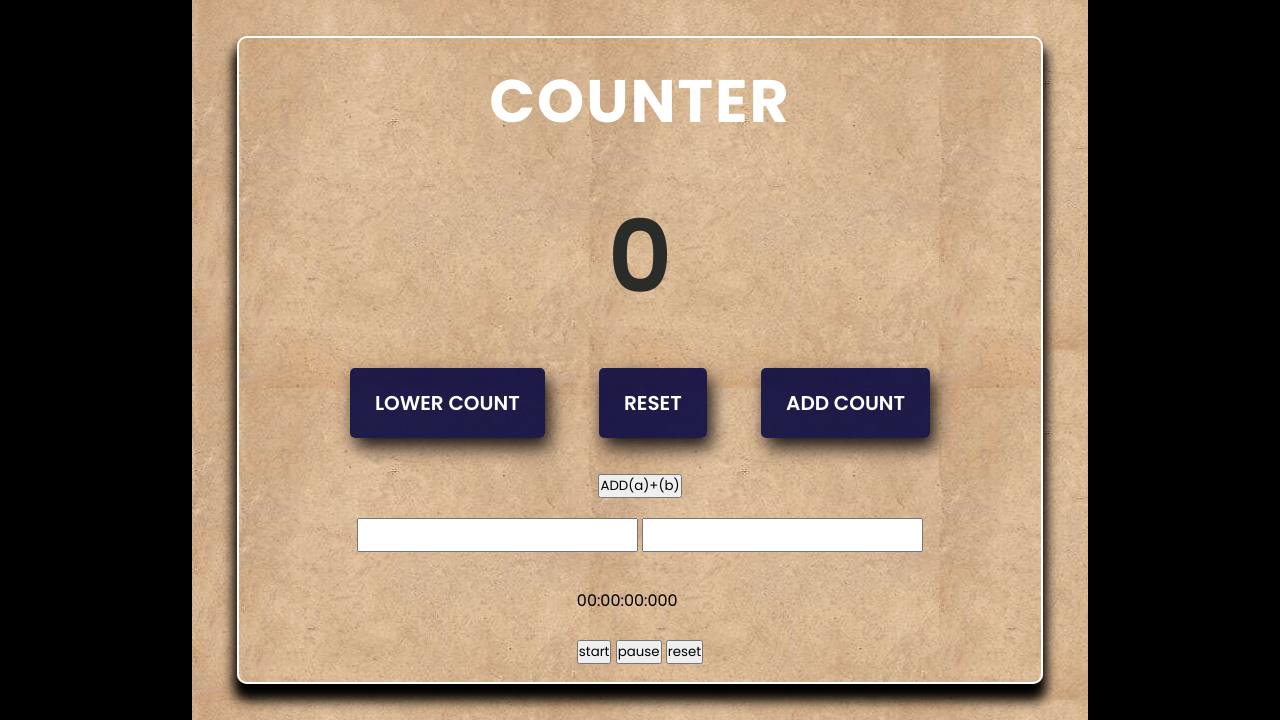
Repository: ArusyakAghajanyan/Counter
Page: index.html
An editor plug-in stored every save of this project. The page is shown before and after the next save, followed by the edit.
The browser window is 1280 px wide. The pictures show the whole page.

Above is the page before, as saved 2022-02-15 01:21:52.

### index.html
<!DOCTYPE html>
<html lang="en">
  <head>
    <meta charset="UTF-8" />
    <meta http-equiv="X-UA-Compatible" content="IE=edge" />
    <meta name="viewport" content="width=device-width, initial-scale=1.0" />
    <link rel="stylesheet" href="./style.css" />
    <title>Counter</title>
  </head>
  <body>
    <div class="body">
        <div class="parent">
            <div class="main">
                <div class="countText">
                    <h1>COUNTER</h1>
                </div>
                <div class="number">
                    <p id="num">0</p>
                </div>
                <div class="options">
                    <button class="leftButton">LOWER COUNT</button>
                    <button class="centerButton">RESET</button>
                    <button class="rightButton">ADD COUNT</button>
                </div>
                <div class="addABParent">
                    <button class="addAB">ADD(a)+(b)</button>
                    <input type="number" id="inputNum1"><span class="plyus"></span>
                    <input type="number" id="inputNum2"><span class="equals"></span>
                    <span id="valueOfSum"></span>
                </div>
                <form name="form_main">
                    <div>
                      <span id="hour">00</span>:<span id="minute">00</span>:<span id="second">00</span>:<span id="millisecond">000</span>
                    </div>

                    <br />

                    <button class="options" type="button" name="start">start</button>
                    <button class="options" type="button" name="pause">pause</button>
                    <button class="options" type="button" name="reset">reset</button>
                  </form>

            </div>
        </div>
    </div>
    <script src="./script.js"></script>
  </body>
</html>

### style.css
@import url('https://fonts.googleapis.com/css2?family=Poppins:wght@200;300;400;500;600;700&display=swap');
* {
    margin: 0;
    padding: 0;
    box-sizing: border-box;
    font-family: 'Poppins', sans-serif;
}

.body {
    background-color: black;
    position: absolute;
    width: 100%;
    height: 100%;
    display: flex;
    align-items: center;
    justify-content: center;
}

.parent {
    background-image: url(./image/Caesar-Materica-Ocra-Grip-225x453-cm-AFU6-Casa39.jpg);
    position: relative;
    width: 70%;
    height: 100%;
    display: flex;
    align-items: center;
    justify-content: center;
}

.main {
    background-image: url(./image/Caesar-Materica-Ocra-Grip-225x453-cm-AFU6-Casa39.jpg);
    position: relative;
    width: 90%;
    height: 90%;
    display: flex;
    align-items: center;
    justify-content: center;
    flex-direction: column;
    border: 2px solid white;
    border-radius: 10px;
    box-shadow: 0px 13px 12px 4px;
    display: flex;
    flex-direction: column;
    justify-content: space-around;
}

.countText {
    display: flex;
    align-items: center;
    justify-content: center;
    letter-spacing: 2px;
    color: white;
    font-size: 30px;
}

.number {
    font-size: 100px;
    font-weight: 600;
    color: rgb(42, 44, 42);
}

.options button {
    background-color: rgba(7, 7, 63, 0.884);
    border-radius: 5px;
    color: white;
    font-size: 20px;
    font-weight: 600;
    cursor: pointer;
    border: none;
    padding: 20px 25px 20px 25px;
    box-shadow: 5px 10px 18px #1D1717;
}

.options button:hover,
.btn button:hover {
    transform: scale(0.96);
}

.options button.leftButton {
    margin-right: 50px;
}

.options button.rightButton {
    margin-left: 50px;
}

.addABParent {
    text-align: -webkit-center;
}

.addAB {
    display: flex;
    margin-bottom: 20px;
}

input {
    padding: 5px 10px;
}

### script.js
const leftButton = document.querySelector(".leftButton");
const centerButton = document.querySelector(".centerButton");
const rightButton = document.querySelector(".rightButton");
const num = document.getElementById("num");
const addAB = document.querySelector(".addAB");
const valueOfSum = document.getElementById("valueOfSum");
const inputNum1 = document.getElementById("inputNum1");
const inputNum2 = document.getElementById("inputNum2");
const plyus = document.querySelector(".plyus")
const equals = document.querySelector(".equals")

let i = 0;
leftButton.addEventListener("click", function minus() {
    i--;
    num.innerHTML = i;
});

rightButton.addEventListener("click", function pulus() {
    i++;
    num.innerHTML = i;
});

centerButton.addEventListener("click", function reset() {
    i = 0;
    num.innerHTML = i;
});

function add(a) {
    return function name(b) {
        return a + b;
    }
}

addAB.addEventListener("click", function() {
    plyus.innerText = "+"
    equals.innerText = "="
    let inputNum1Value = Number(inputNum1.value);
    let inputNum2Value = Number(inputNum2.value);
    valueOfSum.innerText = add(inputNum1Value)(inputNum2Value)
});

let hour = 0;
let minute = 0;
let second = 0;
let millisecond = 0;

let cron;

document.form_main.start.onclick = () => start();
document.form_main.pause.onclick = () => pause();
document.form_main.reset.onclick = () => reset();

function start() {
    pause();
    cron = setInterval(() => { timer(); }, 10);
  }

  function pause() {
    clearInterval(cron);
  }

  function reset() {
    hour = 0;
    minute = 0;
    second = 0;
    millisecond = 0;
    document.getElementById('hour').innerText = '00';
    document.getElementById('minute').innerText = '00';
    document.getElementById('second').innerText = '00';
    document.getElementById('millisecond').innerText = '000';
  }
  function timer() {
    if ((millisecond += 10) == 1000) {
      millisecond = 0;
      second++;
    }
    if (second == 60) {
      second = 0;
      minute++;
    }
    if (minute == 60) {
      minute = 0;
      hour++;
    }
    document.getElementById('hour').innerText = returnData(hour);
    document.getElementById('minute').innerText = returnData(minute);
    document.getElementById('second').innerText = returnData(second);
    document.getElementById('millisecond').innerText = returnData(millisecond);
  }

  function returnData(input) {
    return input > 10 ? input : `0${input}`
  }

After the next save:
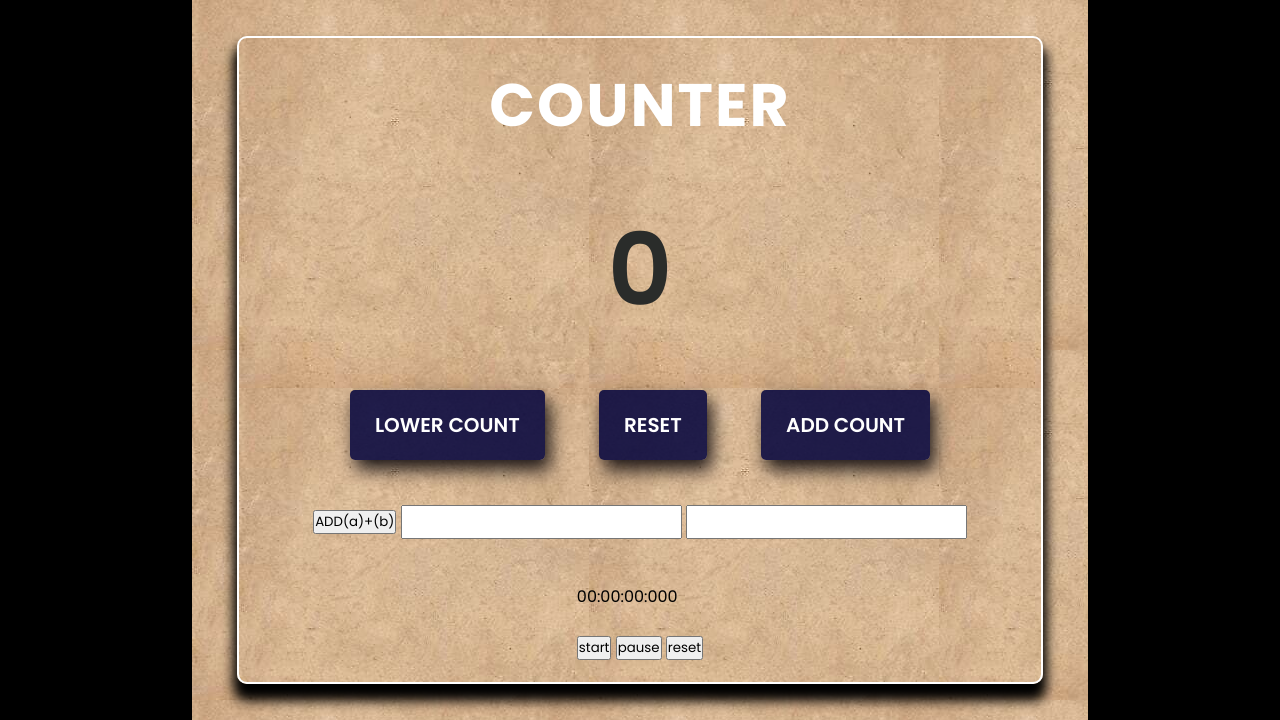
Console error: TypeError: Cannot read properties of null (reading 'addEventListener')
Saved 10 s later.
--- a/index.html
+++ b/index.html
@@ -23,7 +23,7 @@
                     <button class="rightButton">ADD COUNT</button>
                 </div>
                 <div class="addABParent">
-                    <button class="addAB">ADD(a)+(b)</button>
+                    <button class="options" class="addAB">ADD(a)+(b)</button>
                     <input type="number" id="inputNum1"><span class="plyus"></span>
                     <input type="number" id="inputNum2"><span class="equals"></span>
                     <span id="valueOfSum"></span>

After the save that followed:
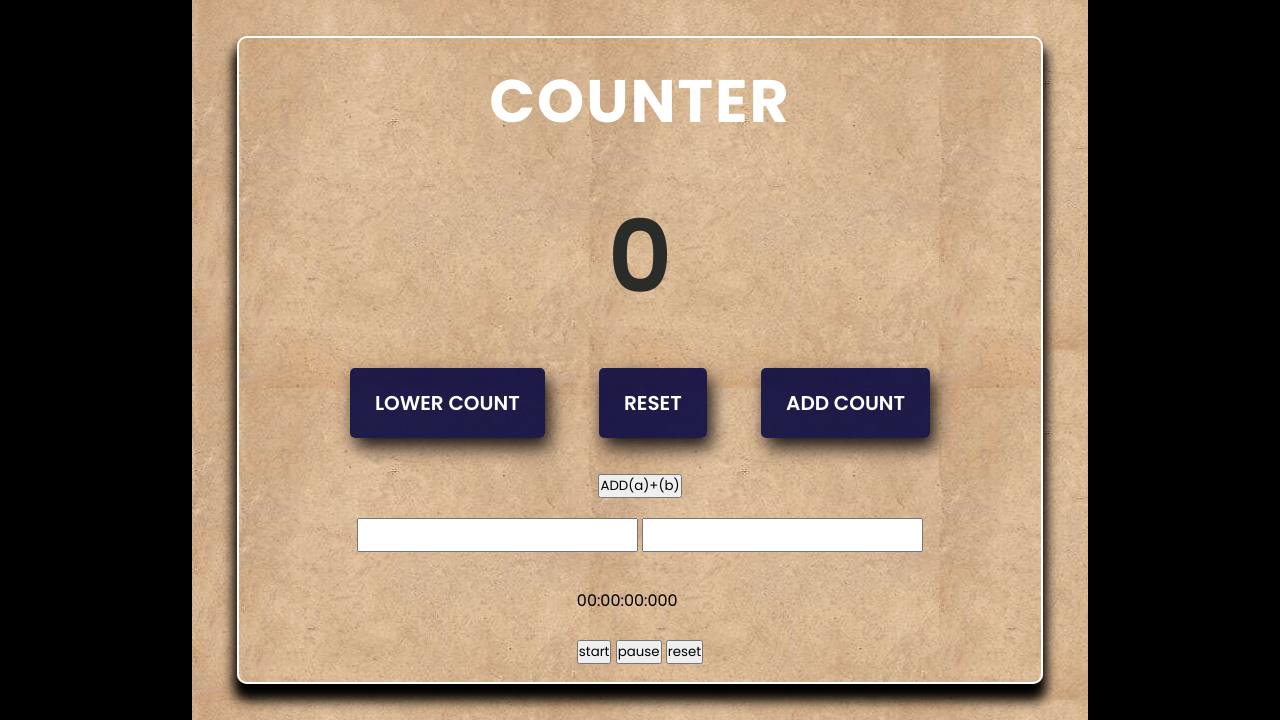
The error is gone.
Saved 4 s later.
--- a/index.html
+++ b/index.html
@@ -23,7 +23,7 @@
                     <button class="rightButton">ADD COUNT</button>
                 </div>
                 <div class="addABParent">
-                    <button class="options" class="addAB">ADD(a)+(b)</button>
+                    <button  class="addAB">ADD(a)+(b)</button>
                     <input type="number" id="inputNum1"><span class="plyus"></span>
                     <input type="number" id="inputNum2"><span class="equals"></span>
                     <span id="valueOfSum"></span>
